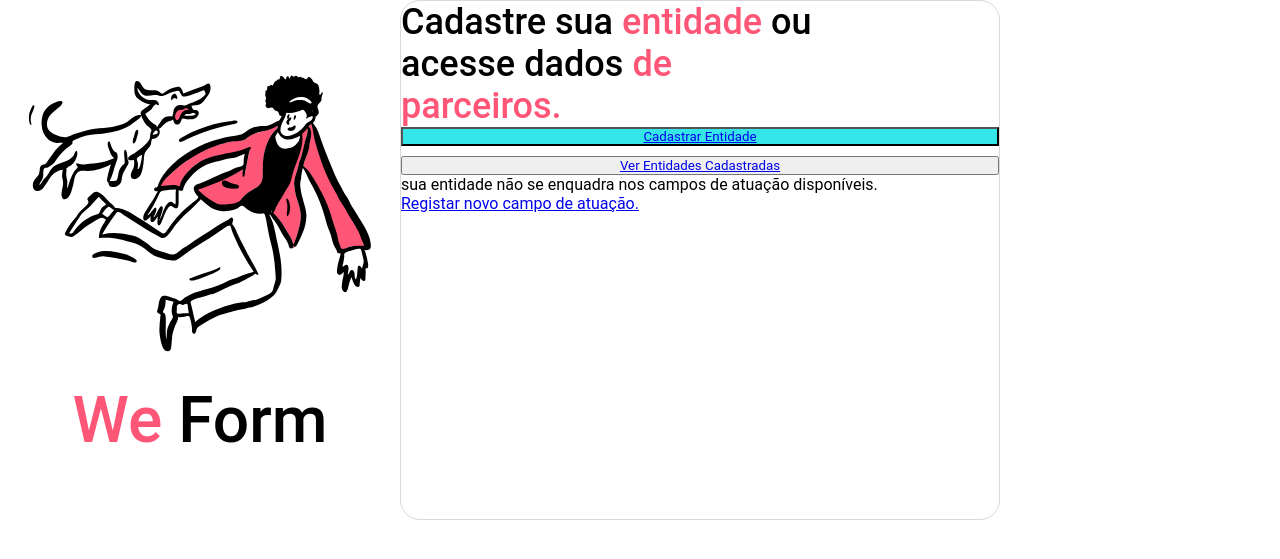
Repository: guilhermecardoso93/we-form
Page: index.html
These files come from the project's save history. The page is drawn as it stood at one moment and after the next save; the edit follows.
The browser window is 1280 px wide. The pictures show the whole page.

Above is the page before, as saved 2024-06-09 17:26:33.

### index.html
<!DOCTYPE html>
<html lang="pt-BR">

<head>
    <meta charset="UTF-8">
    <meta name="viewport" content="width=device-width, initial-scale=1.0">
    <link rel="stylesheet" href="./styles.css">
    <title>We Form</title>
</head>

<body>
    <div class="content">

        <aside>
            <img src="./assets/hero.svg" alt="Ilustração mulher com cachorro" />
            <h1>
                <span>We</span> Form
            </h1>
        </aside>

        <main>
            <h2>Cadastre sua <span>entidade</span> ou acesse dados <span>de parceiros.</span></h2>
            <div class="buttons">
                <button>
                <a href="http://">Cadastrar Entidade</a>
            </button>
                <button>
                <a href="http://">Ver Entidades Cadastradas</a>
            </button>
            </div>
            <p>sua entidade não se enquadra nos campos de atuação disponíveis.</p>
            <a href="http://">Registar novo campo de atuação.</a>
        </main>
    </div>
</body>

</html>

### styles.css
* {
  padding: 0;
  margin: 0;
  box-sizing: border-box;
  font-family: Roboto, sans-serif;
}

:root {
  font-size: 62.5%;
}

body {
  margin: auto;
  font-size: 1.6rem;
}

.content {
  display: flex;
}

aside {
  display: flex;
  flex-direction: column;
  align-items: center;
  justify-content: center;
  gap: 2rem;
}

aside h1 {
  font-size: 6.4rem;
  font-weight: 500;
  line-height: 75px;
}

aside h1>span, main h2>span {
  color: #FF5678;
}

aside img {
  width: 40rem;
}


main {
  width: 60rem;
  height: 52rem;
  border: 1px solid rgba(0, 0, 0, 0.15);
  border-radius: 20px;
}

main h2 {
  max-width: 43rem;
  font-size: 3.6rem;
  font-weight: 500;
}

.buttons {
  display: flex;
  flex-direction: column;
  justify-content: center;
  gap: 1rem
}

.buttons button {}

.buttons button:first-child {
  background-color: #35e6e9;
}

.buttons button:second-child {
  background-color: #FF5678;
}

After the next save:
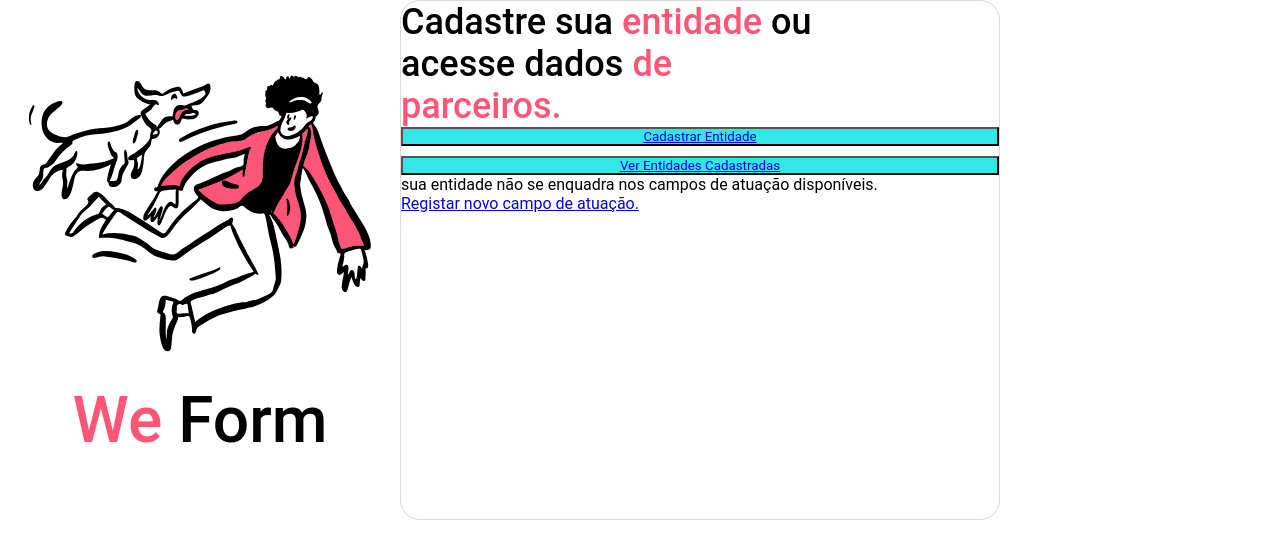
Saved 13 s later.
--- a/styles.css
+++ b/styles.css
@@ -63,7 +63,7 @@ main h2 {
 
 .buttons button {}
 
-.buttons button:first-child {
+.buttons button {
   background-color: #35e6e9;
 }
 
